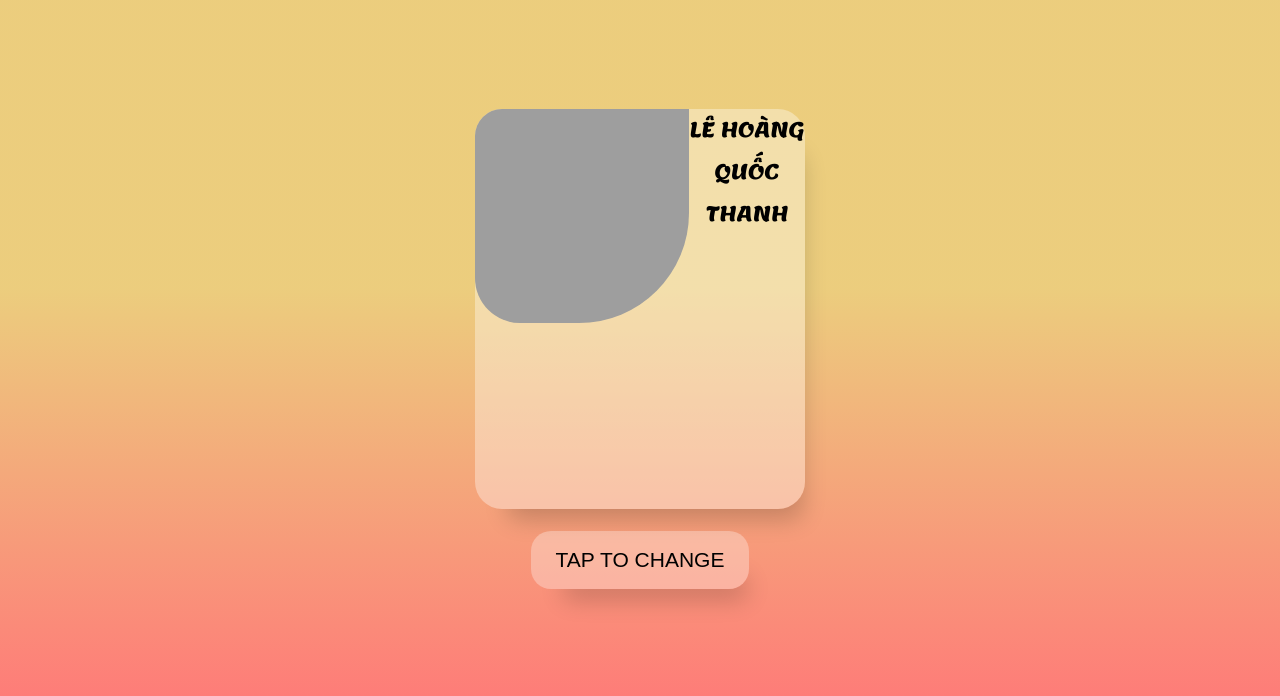
Repository: ThanhThn/profile
Page: index.html
An editor plug-in stored every save of this project. The page is shown before and after the next save, followed by the edit.
The browser window is 1280 px wide. The pictures show the whole page.
Pictures or frames that could not be fetched are drawn as grey boxes. Some web fonts or font styles are not loaded; a fallback is used.

Above is the page before, as saved 2022-12-05 19:28:33.

### index.html
<!DOCTYPE html>
<html lang="en">
<head>
    <meta charset="UTF-8">
    <meta http-equiv="X-UA-Compatible" content="IE=edge">
    <meta name="viewport" content="width=device-width, initial-scale=1.0">
    <title>Document</title>
    <link rel="stylesheet" href="style.css">
</head>
<body>
    <div class="container">
        <div class="content">
            <img src="avata.jpg" alt="avatar">
            <span class="name">LÊ hoàng quốc thanh</span>
        </div>
        <button class="btn">tap to change</button>
    </div>
</body>
</html>

### style.css
@import url('https://fonts.googleapis.com/css2?family=Kodchasan:wght@700&family=Lemonada:wght@300;600;700&family=Pacifico&display=swap');
*{
    padding: 0;
    margin: 0;
    box-sizing: border-box;
}

body{
    background:  linear-gradient( to bottom, rgba(223, 172,39,60%) 40%, rgba(255,22,22,58%) 100% );
    width: 100%;
    height: 100vh;
}
.container{
    position: absolute;
    top: 50%;
    left: 50%;
    transform: translate(-50%, -50%);
    display: flex;
    flex-direction: column;
    align-items: center;
}

.content{
    width: 330px;
    height: 400px;
    background: rgba(255, 255, 255, 35%);
    border-radius: 27px;
    box-shadow: rgba(0, 0, 0, .2) 15px 28px 25px -18px;
}

.content img{
    width: 214px;
    height: 214px;
    border-radius: 27px 0 110px 45px;
    object-fit: cover;
    object-position: -32px 0;
}

.content .name{
    font-size: 21px;
    text-transform: uppercase;
    font-weight: 700;
    font-family: 'Lemonada', cursive;
    position: absolute;
    text-align: center;
}

.btn{
    background: rgba(255, 255, 255, .3);
    width: 218px;
    height: 58px;
    border-radius: 20px;
    border: none;
    margin: 22px;
    font-family: 'Kodchasan', sans-serif;
    font-size: 21px;
    text-transform: uppercase;
    box-shadow: rgba(0, 0, 0, .2) 15px 28px 25px -18px;
    background-position: 0 90%;
    background-repeat: repeat no-repeat;

}

.btn:hover {
    box-shadow: rgba(0, 0, 0, .3) 2px 8px 8px -5px;
    transform: translate3d(0, 2px, 0);
}


.btn:focus {
  box-shadow: rgba(0, 0, 0, .3) 2px 8px 4px -6px;
}

After the next save:
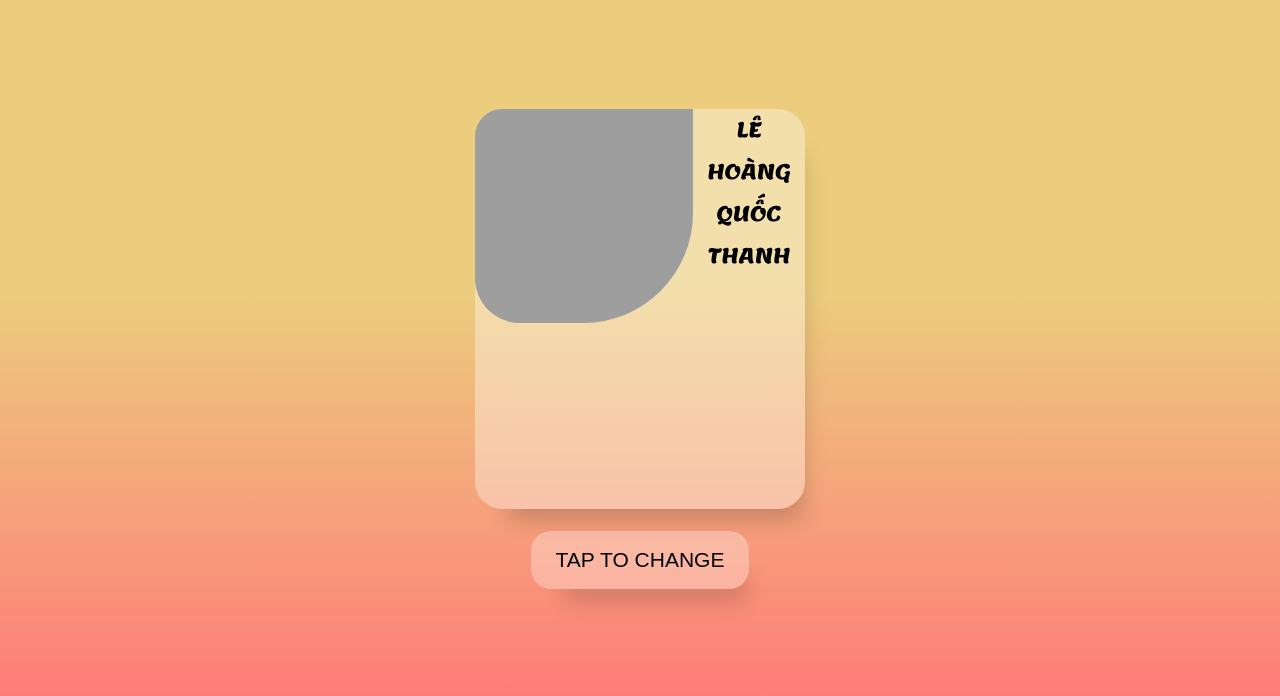
Saved 5 s later.
--- a/style.css
+++ b/style.css
@@ -29,7 +29,7 @@ body{
 }
 
 .content img{
-    width: 214px;
+    width: 218px;
     height: 214px;
     border-radius: 27px 0 110px 45px;
     object-fit: cover;
